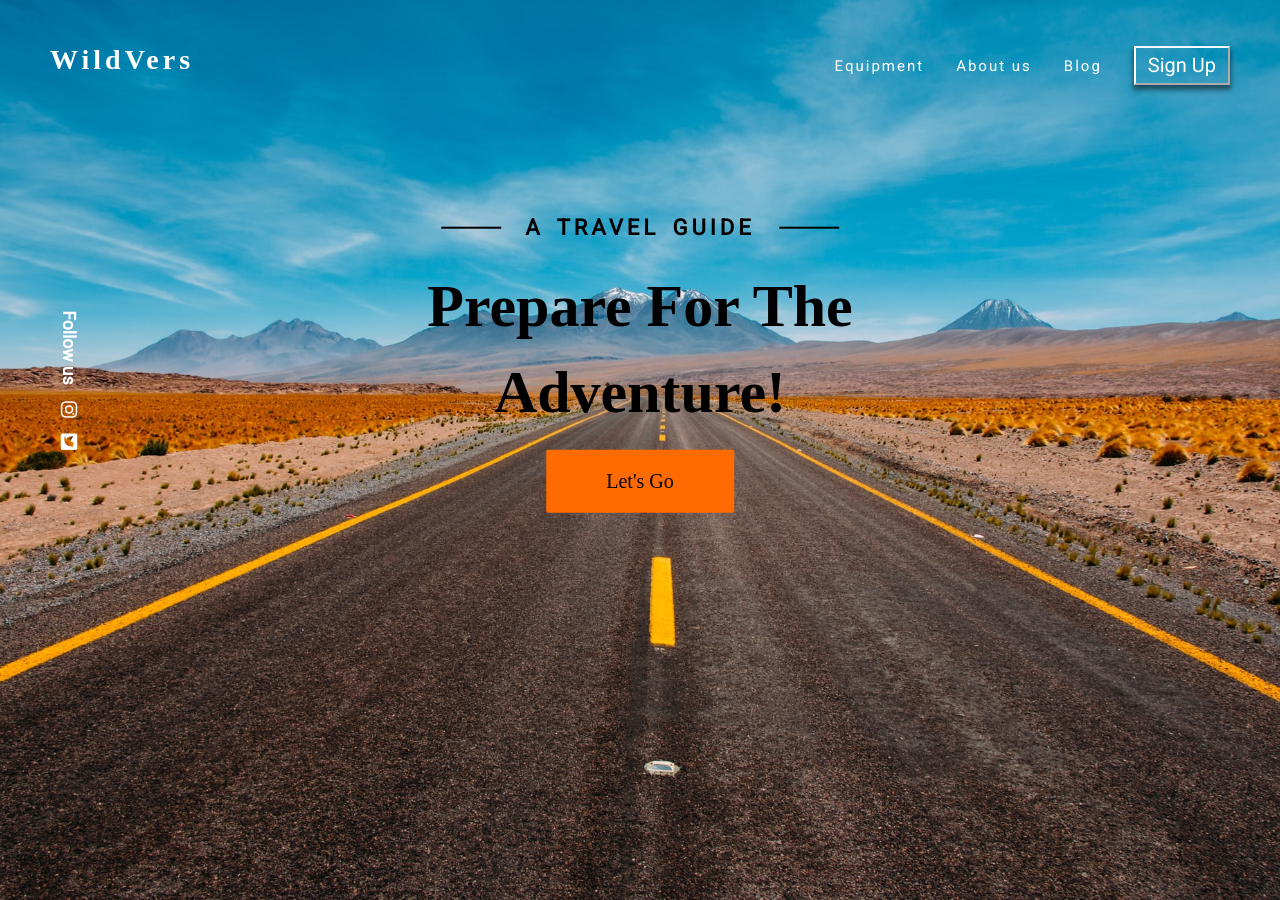
Repository: Hunga9k50doker/wildver-travel
Page: src/index.html
The author's editor kept a copy of each file at every save. The page is drawn from the files as they stood at one save, then again after the next save.
The browser window is 1280 px wide. The pictures show the whole page.
Some web fonts or font styles are not loaded; a fallback is used. The style sheet was rebuilt from its Sass, Less or Tailwind sources for each picture, by a compiler version that may differ from the author's.

Above is the page before, as saved 2021-08-26 00:34:49.

### src/index.html
<!DOCTYPE html>
<html lang="en">
<head>
    <meta charset="UTF-8">
    <meta http-equiv="X-UA-Compatible" content="IE=edge">
    <meta name="viewport" content="width=device-width, initial-scale=1.0">
    <link href="https://fonts.googleapis.com/css2?family=Hina+Mincho&family=Roboto&display=swap" rel="stylesheet">
    <link rel="stylesheet" href="public/css/normalize.min.css">
    <link rel="stylesheet" href="public/css/grid.css">
    <link rel="stylesheet" href="public/css/base.css">
    <link rel="stylesheet" href="public/css/header.css">
    <link rel="stylesheet" href="public/vendor/fontawesome-free-5.15.3-web/css/all.min.css">
    <title>Document</title>
</head>
<body>
    <div class="app">
        <section class="header">
            <section class="header_nav">
                <h1 class="header_nav-home">WildVers</h1>
                <div class="header_nav-body">
                    <a href="/" class="header_nav-body-item">Equipment</a>
                    <a href="/" class="header_nav-body-item">About us</a>
                    <a href="/" class="header_nav-body-item">Blog</a>
                    <button class="header_nav-body-res">Sign Up</button>
                </div>
            </section>
            <section class="header_contain">
                <div class="header_contain-follow">
                    <p>Follow us</p>
                   <a href="/">
                       <i class="fab fa-instagram"></i>
                   </a>
                   <a href="/">
                       <i class="fab fa-twitter-square"></i>
                   </a>
                </div>
                <div class="header_contain-content">
                    <h3 class="header_contain-content-title">A travel guide</h3>
                    <h2>Prepare For The</h2>
                    <h2> Adventure!</h2>
                    <button>Let's Go</button>
                </div>
            </section>
        </section>
        <section class="grip wide">

        </section>
    </div>
</body>
</html>

### src/public/css/normalize.min.css
html{line-height:1.15;-webkit-text-size-adjust:100%}body{margin:0}main{display:block}h1{font-size:2em;margin:.67em 0}hr{box-sizing:content-box;height:0;overflow:visible}pre{font-family:monospace,monospace;font-size:1em}a{background-color:transparent}abbr[title]{border-bottom:none;text-decoration:underline;text-decoration:underline dotted}b,strong{font-weight:bolder}code,kbd,samp{font-family:monospace,monospace;font-size:1em}small{font-size:80%}sub,sup{font-size:75%;line-height:0;position:relative;vertical-align:baseline}sub{bottom:-.25em}sup{top:-.5em}img{border-style:none}button,input,optgroup,select,textarea{font-family:inherit;font-size:100%;line-height:1.15;margin:0}button,input{overflow:visible}button,select{text-transform:none}[type=button],[type=reset],[type=submit],button{-webkit-appearance:button}[type=button]::-moz-focus-inner,[type=reset]::-moz-focus-inner,[type=submit]::-moz-focus-inner,button::-moz-focus-inner{border-style:none;padding:0}[type=button]:-moz-focusring,[type=reset]:-moz-focusring,[type=submit]:-moz-focusring,button:-moz-focusring{outline:1px dotted ButtonText}fieldset{padding:.35em .75em .625em}legend{box-sizing:border-box;color:inherit;display:table;max-width:100%;padding:0;white-space:normal}progress{vertical-align:baseline}textarea{overflow:auto}[type=checkbox],[type=radio]{box-sizing:border-box;padding:0}[type=number]::-webkit-inner-spin-button,[type=number]::-webkit-outer-spin-button{height:auto}[type=search]{-webkit-appearance:textfield;outline-offset:-2px}[type=search]::-webkit-search-decoration{-webkit-appearance:none}::-webkit-file-upload-button{-webkit-appearance:button;font:inherit}details{display:block}summary{display:list-item}template{display:none}[hidden]{display:none}
/*# sourceMappingURL=normalize.min.css.map */

### src/public/css/grid.css
.grid {
    width: 100%;
    display: block;
    padding: 0;
    margin: 0 auto;
}

.grid.wide {
    max-width: 1200px;
    margin: 0 auto;
}

.row {
    display: flex;
    flex-wrap: wrap;
    margin-left: -4px;
    margin-right: -4px;
}


.row.no-gutters {
    margin-left: 0;
    margin-right: 0;
}

.col {

    padding-left: 4px;
    padding-right: 4px;
}

.row.no-gutters .col {
    padding-left: 0;
    padding-right: 0;
}

.c-0 {
    display: none;
}

.c-1 {
    flex: 0 0 8.33333%;
    max-width: 8.33333%;
}

.c-2 {
    flex: 0 0 16.66667%;
    max-width: 16.66667%;
}

.c-3 {
    flex: 0 0 25%;
    max-width: 25%;
}

.c-4 {
    flex: 0 0 33.33333%;
    max-width: 33.33333%;
}

.c-5 {
    flex: 0 0 41.66667%;
    max-width: 41.66667%;
}

.c-6 {
    flex: 0 0 50%;
    max-width: 50%;
}

.c-7 {
    flex: 0 0 58.33333%;
    max-width: 58.33333%;
}

.c-8 {
    flex: 0 0 66.66667%;
    max-width: 66.66667%;
}

.c-9 {
    flex: 0 0 75%;
    max-width: 75%;
}

.c-10 {
    flex: 0 0 83.33333%;
    max-width: 83.33333%;
}

.c-11 {
    flex: 0 0 91.66667%;
    max-width: 91.66667%;
}

.c-12 {
    flex: 0 0 100%;
    max-width: 100%;
}

.c-o-1 {
    margin-left: 8.33333%;
}

.c-o-2 {
    margin-left: 16.66667%;
}

.c-o-3 {
    margin-left: 25%;
}

.c-o-4 {
    margin-left: 33.33333%;
}

.c-o-5 {
    margin-left: 41.66667%;
}

.c-o-6 {
    margin-left: 50%;
}

.c-o-7 {
    margin-left: 58.33333%;
}

.c-o-8 {
    margin-left: 66.66667%;
}

.c-o-9 {
    margin-left: 75%;
}

.c-o-10 {
    margin-left: 83.33333%;
}

.c-o-11 {
    margin-left: 91.66667%;
}

/* >= Tablet */
@media (min-width: 740px) {
    .row {
        margin-left: -8px;
        margin-right: -8px;
    }

    .col {
        padding-left: 8px;
        padding-right: 8px;
    }

    .m-0 {
        display: none;
    }

    .m-1,
    .m-2,
    .m-3,
    .m-4,
    .m-5,
    .m-6,
    .m-7,
    .m-8,
    .m-9,
    .m-10,
    .m-11,
    .m-12 {
        display: block;
    }

    .m-1 {
        flex: 0 0 8.33333%;
        max-width: 8.33333%;
    }

    .m-2 {
        flex: 0 0 16.66667%;
        max-width: 16.66667%;
    }

    .m-3 {
        flex: 0 0 25%;
        max-width: 25%;
    }

    .m-4 {
        flex: 0 0 33.33333%;
        max-width: 33.33333%;
    }

    .m-5 {
        flex: 0 0 41.66667%;
        max-width: 41.66667%;
    }

    .m-6 {
        flex: 0 0 50%;
        max-width: 50%;
    }

    .m-7 {
        flex: 0 0 58.33333%;
        max-width: 58.33333%;
    }

    .m-8 {
        flex: 0 0 66.66667%;
        max-width: 66.66667%;
    }

    .m-9 {
        flex: 0 0 75%;
        max-width: 75%;
    }

    .m-10 {
        flex: 0 0 83.33333%;
        max-width: 83.33333%;
    }

    .m-11 {
        flex: 0 0 91.66667%;
        max-width: 91.66667%;
    }

    .m-12 {
        flex: 0 0 100%;
        max-width: 100%;
    }

    .m-o-1 {
        margin-left: 8.33333%;
    }

    .m-o-2 {
        margin-left: 16.66667%;
    }

    .m-o-3 {
        margin-left: 25%;
    }

    .m-o-4 {
        margin-left: 33.33333%;
    }

    .m-o-5 {
        margin-left: 41.66667%;
    }

    .m-o-6 {
        margin-left: 50%;
    }

    .m-o-7 {
        margin-left: 58.33333%;
    }

    .m-o-8 {
        margin-left: 66.66667%;
    }

    .m-o-9 {
        margin-left: 75%;
    }

    .m-o-10 {
        margin-left: 83.33333%;
    }

    .m-o-11 {
        margin-left: 91.66667%;
    }
}

/* PC medium resolution > */
@media (min-width: 1113px) {
    .row {
        margin-left: -12px;
        margin-right: -12px;
    }

    .row.sm-gutter {
        margin-left: -5px;
        margin-right: -5px;
    }

    .col {
        padding-left: 12px;
        padding-right: 12px;
    }

    .row.sm-gutter .col {
        padding-left: 5px;
        padding-right: 5px;
    }

    .l-0 {
        display: none;
    }

    .l-1,
    .l-2,
    .l-2-4,
    .l-3,
    .l-4,
    .l-5,
    .l-6,
    .l-7,
    .l-8,
    .l-9,
    .l-10,
    .l-11,
    .l-12 {
        display: block;
    }

    .l-1 {
        flex: 0 0 8.33333%;
        max-width: 8.33333%;
    }

    .l-2 {
        flex: 0 0 16.66667%;
        max-width: 16.66667%;
    }

    .l-2-4 {
        flex: 0 0 20%;
        max-width: 20%;
    }

    .l-3 {
        flex: 0 0 25%;
        max-width: 25%;
    }

    .l-4 {
        flex: 0 0 33.33333%;
        max-width: 33.33333%;
    }

    .l-5 {
        flex: 0 0 41.66667%;
        max-width: 41.66667%;
    }

    .l-6 {
        flex: 0 0 50%;
        max-width: 50%;
    }

    .l-7 {
        flex: 0 0 58.33333%;
        max-width: 58.33333%;
    }

    .l-8 {
        flex: 0 0 66.66667%;
        max-width: 66.66667%;
    }

    .l-9 {
        flex: 0 0 75%;
        max-width: 75%;
    }

    .l-10 {
        flex: 0 0 83.33333%;
        max-width: 83.33333%;
    }

    .l-11 {
        flex: 0 0 91.66667%;
        max-width: 91.66667%;
    }

    .l-12 {
        flex: 0 0 100%;
        max-width: 100%;
    }

    .l-o-1 {
        margin-left: 8.33333%;
    }

    .l-o-2 {
        margin-left: 16.66667%;
    }

    .l-o-3 {
        margin-left: 25%;
    }

    .l-o-4 {
        margin-left: 33.33333%;
    }

    .l-o-5 {
        margin-left: 41.66667%;
    }

    .l-o-6 {
        margin-left: 50%;
    }

    .l-o-7 {
        margin-left: 58.33333%;
    }

    .l-o-8 {
        margin-left: 66.66667%;
    }

    .l-o-9 {
        margin-left: 75%;
    }

    .l-o-10 {
        margin-left: 83.33333%;
    }

    .l-o-11 {
        margin-left: 91.66667%;
    }
}

/* Tablet - PC low resolution */
@media (min-width: 740px) and (max-width: 1023px) {
    .wide {
        width: 644px;
    }
}

/* > PC low resolution */
@media (min-width: 1024px) and (max-width: 1239px) {
    .wide {
        width: 984px;
    }

    .wide .row {
        margin-left: -12px;
        margin-right: -12px;
    }

    .wide .row.sm-gutter {
        margin-left: -5px;
        margin-right: -5px;
    }

    .wide .col {
        padding-left: 12px;
        padding-right: 12px;
    }

    .wide .row.sm-gutter .col {
        padding-left: 5px;
        padding-right: 5px;
    }

    .wide .l-0 {
        display: none;
    }

    .wide .l-1,
    .wide .l-2,
    .wide .l-2-4,
    .wide .l-3,
    .wide .l-4,
    .wide .l-5,
    .wide .l-6,
    .wide .l-7,
    .wide .l-8,
    .wide .l-9,
    .wide .l-10,
    .wide .l-11,
    .wide .l-12 {
        display: block;
    }

    .wide .l-1 {
        flex: 0 0 8.33333%;
        max-width: 8.33333%;
    }

    .wide .l-2 {
        flex: 0 0 16.66667%;
        max-width: 16.66667%;
    }

    .wide .l-2-4 {
        flex: 0 0 20%;
        max-width: 20%;
    }

    .wide .l-3 {
        flex: 0 0 25%;
        max-width: 25%;
    }

    .wide .l-4 {
        flex: 0 0 33.33333%;
        max-width: 33.33333%;
    }

    .wide .l-5 {
        flex: 0 0 41.66667%;
        max-width: 41.66667%;
    }

    .wide .l-6 {
        flex: 0 0 50%;
        max-width: 50%;
    }

    .wide .l-7 {
        flex: 0 0 58.33333%;
        max-width: 58.33333%;
    }

    .wide .l-8 {
        flex: 0 0 66.66667%;
        max-width: 66.66667%;
    }

    .wide .l-9 {
        flex: 0 0 75%;
        max-width: 75%;
    }

    .wide .l-10 {
        flex: 0 0 83.33333%;
        max-width: 83.33333%;
    }

    .wide .l-11 {
        flex: 0 0 91.66667%;
        max-width: 91.66667%;
    }

    .wide .l-12 {
        flex: 0 0 100%;
        max-width: 100%;
    }

    .wide .l-o-1 {
        margin-left: 8.33333%;
    }

    .wide .l-o-2 {
        margin-left: 16.66667%;
    }

    .wide .l-o-3 {
        margin-left: 25%;
    }

    .wide .l-o-4 {
        margin-left: 33.33333%;
    }

    .wide .l-o-5 {
        margin-left: 41.66667%;
    }

    .wide .l-o-6 {
        margin-left: 50%;
    }

    .wide .l-o-7 {
        margin-left: 58.33333%;
    }

    .wide .l-o-8 {
        margin-left: 66.66667%;
    }

    .wide .l-o-9 {
        margin-left: 75%;
    }

    .wide .l-o-10 {
        margin-left: 83.33333%;
    }

    .wide .l-o-11 {
        margin-left: 91.66667%;
    }
}

### src/resources/scss/base.scss
@import "variables";

*{
    font-size: 62.5%;
    box-sizing: inherit;
}
html{
    margin: 0;
    padding: 0;
    line-height: 1.6rem;
    box-sizing: border-box;
    font-family: 'Roboto', sans-serif;
}
h1,h2{
    font-family: 'Besley', serif;
}

a{
    color: $white-color;
    text-decoration: none;
}

### src/resources/scss/_variables.scss
$orange-color: #ff6b00;
$white-color: #fff;
$text-color: #e2ddd6;
$waxen-color: #f9caa9;
$black-color: #030101;

### src/resources/scss/header.scss
@import "variables";

.header{
    position: relative;
    background: url(/src/public/img/bg2.jpg) ;
    width: 100%;
    min-width: 500px;
    height: 900px;
    min-height:500px;
    background-position: center;
    background-repeat: no-repeat;
    background-size: cover;
    // z-index: -1;
    &_nav{
        display:flex;
        color: $white-color;
        padding: 4.6rem 5rem 0 5rem;
        &-home{
            flex: 1;
            margin: 0;
            font-size: 2.8rem;
            letter-spacing:4px;
            line-height:100%;
            cursor: pointer;
        }
        &-body{
            display:flex;
            align-items:center;
            justify-content: center;
            font-size: 2.4rem;
            letter-spacing:2px;
            &-item{
                color:$white-color;
                margin:0 1.6rem;
                transform: scale(1);
                &:hover{
                    color: $orange-color;
                    transform: scale(1.1);
                    transition:transform 0.3s;
                }
            }
            button{
                font-size: 2rem;
                padding:6px 1.2rem;
                margin-left: 1.6rem;
                background:transparent;
                color:$white-color;
                border-color: $white-color;
                border-style: solid 2px;
                cursor: pointer;
                box-shadow: 0 4px 5px 1px rgba(0,0,0,0.5);
                transform: translateY(0);
                transition:transform 0.3s linear;
                &:hover{
                    background: $orange-color;
                    box-shadow: 0 0px 5px 1px rgba(0,0,0,0.5);
                    transform: translateY(4px);
                    transition:transform 0.3s linear;
                }
            }
        }

    }

    &_contain{
        position: relative;
        display:flex;
        align-items:center;
        justify-content: center;
        left: 0;
        top: 30%;
        transform: translateY(-70%);
        &-follow{
            position: absolute;
            top: 0;
            left:0;
            font-size: 2.8rem;
            font-weight: 700;
            display:flex;
            align-items:center;
            justify-content: center;
            color:$white-color;
            transform:rotate(90deg);
            margin:0;
            a:nth-child(2){
                margin:0 16px;
            }
            a{
                font-size: 3rem;
                transform: scale(1);
                transition: transform 0.3s;
                cursor: pointer;
                &:hover{
                     color:$orange-color;
                     transform: scale(1.1);
                     transition: transform 0.3s;
                 }
            }
        }
        &-content{
            position: absolute;
            top: 50%;
            left:50%;
            transform: translate(-50%,-50%);
            font-size: 2rem;
            display:flex;
            flex-direction: column;
            align-items:center;
            justify-content: center;
            &-title{
                position: relative;
                font-size: 2.2rem;
                color: $black-color;
                word-spacing: 4px;
                letter-spacing: 4px;
                text-transform: uppercase;
                &:after{
                    content: " ";
                    position: absolute;
                    width:6rem;
                    height:2px;
                    top: 50%;
                    transform: translateY(-50%);
                    right: -8.4rem;
                    background: #000;

                }
                &::before{
                    content: " ";
                    position: absolute;
                    width:6rem;
                    height:2px;
                    top: 50%;
                    transform: translateY(-50%);
                    left: -8.4rem;
                    background: #000;

                }
            }
            h2{
                font-size:6rem;
                &:nth-child(2){
                    margin-top: 4rem;
                }
                &:nth-child(3){
                    margin-top:2rem;
                }
            }
            button{
               padding:2rem 6rem;
               font-family: 'Besley', serif;
               font-weight: 500;
               background: $orange-color;
               border: none;
               border-radius: 2px;
               box-shadow: 0 ;
            }
        }
    }
}

Loaded but not shown: src/public/vendor/fontawesome-free-5.15.3-web/css/all.min.css (library)

After the next save:
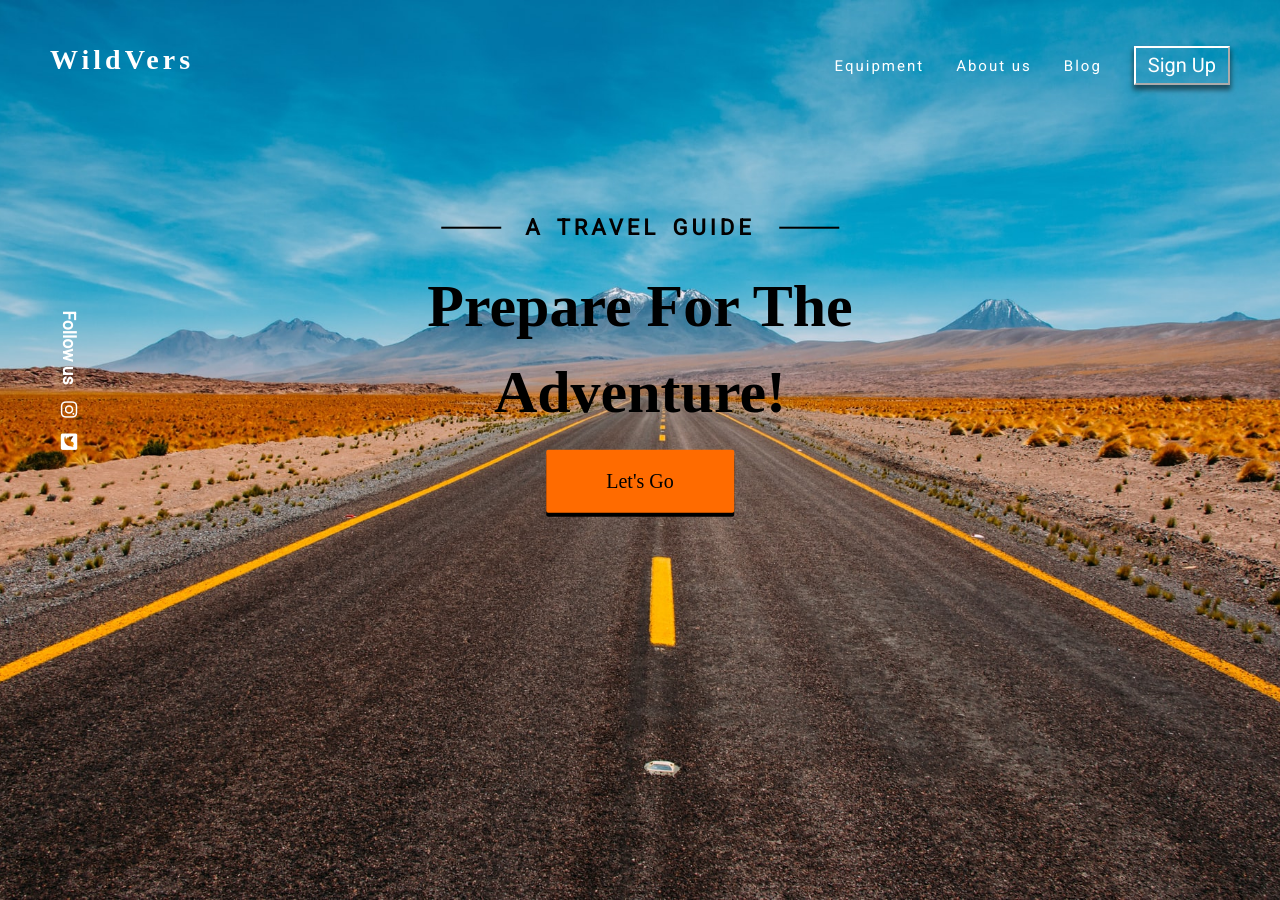
Saved 5 s later.
--- a/src/resources/scss/header.scss
+++ b/src/resources/scss/header.scss
@@ -153,7 +153,7 @@
                background: $orange-color;
                border: none;
                border-radius: 2px;
-               box-shadow: 0 ;
+               box-shadow: 0 4px ;
             }
         }
     }
